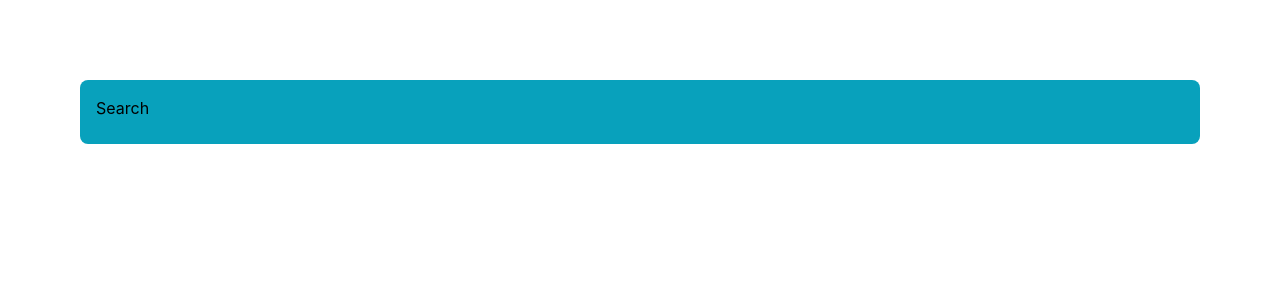
Repository: arafatmollah/pharma
Page: /
An editor plug-in stored every save of this project. The page is shown before and after the next save, followed by the edit.
The browser window is 1280 px wide. The pictures show the whole page.
The project was rebuilt for these pictures with package versions that can differ from the ones it lists, and the page was loaded fresh each time.

Above is the page before, as saved 2023-03-12 00:58:41.

After the next save:
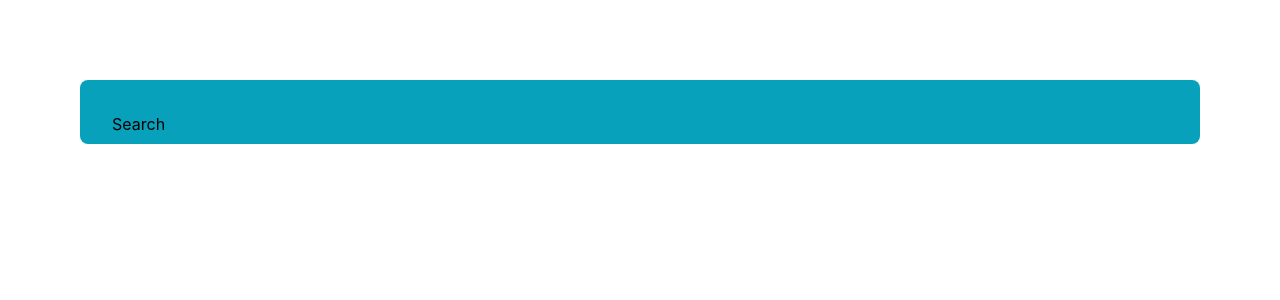
Saved 9 s later.
--- a/src/Nav.js
+++ b/src/Nav.js
@@ -5,7 +5,7 @@ function Nav() {
   return (
     <div>
         <div className='box-border h-16 w-100 p-4 m-20 rounded-lg'>
-          <button className='bg-black-'>Search</button>
+          <button className='bg-black-100 p-4'>Search</button>
         </div>
     </div>
   )
